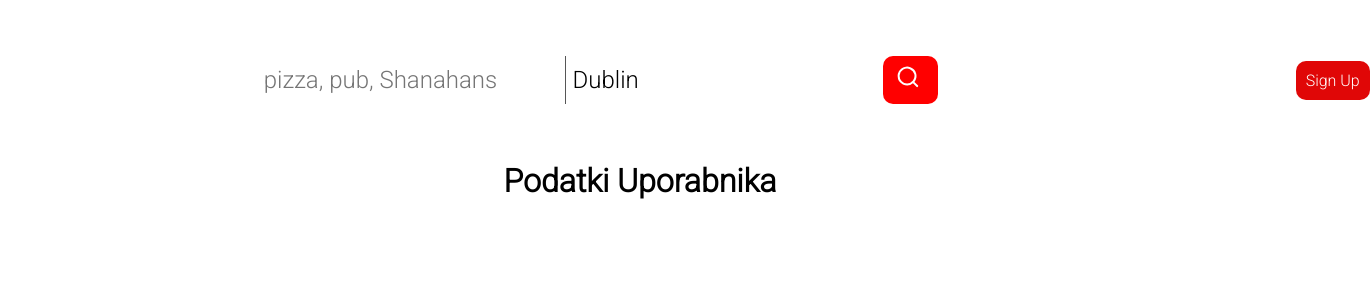
Repository: DomenJ2003/project1
Page: /user
These files come from the project's save history. The page is drawn as it stood at one moment and after the next save; the edit follows.
The browser window is 1280 px wide. The page is 1370 px wide, then 1280 px, then 1370 px, so the pictures cover 1370 px, including what lies to the right of the window. The pictures show the whole page.
The page's requests for data from a server got no answer. Some web libraries are served in a nearby version. The project was rebuilt for these pictures with package versions that can differ from the ones it lists, and the page was loaded fresh each time. No one was signed in, and anything a server would have sent is missing. Also part of the build but not shown: vite.config.js, src/Components/Sections/HeroSection.css, src/Components/Sections/HeroSection.jsx, src/Components/General/Card.css, src/Components/General/Card.jsx, src/Components/Sections/HomePageContent.css, src/Components/Sections/HomePageContent.jsx, src/Components/Pages/HomePage.jsx and 2 more.

Above is the page before, as saved 2022-08-20 21:25:36.

### index.html
<!DOCTYPE html>
<html lang="en">
  <head>
    <meta charset="UTF-8" />
    <link rel="icon" type="image/svg+xml" href="/vite.svg" />
    <meta name="viewport" content="width=device-width, initial-scale=1.0" />
    <title>Poletna Šola</title>
    <script src="https://kit.fontawesome.com/76f3e76781.js" crossorigin="anonymous"></script>
  </head>
  <body>
    <div id="root"></div>
    <script type="module" src="/src/main.jsx"></script>
  </body>
</html>

### src/main.jsx
import React from 'react'
import ReactDOM from 'react-dom/client'
import HomePage from './Components/Pages/HomePage'
import App from './App'
import './index.css'

ReactDOM.createRoot(document.getElementById('root')).render(
  <>
    <App/>
    {/* <HomePage /> */}
  </>
)

### src/App.jsx
import { useState } from 'react'
import './App.css'
import Navbar  from './Components/Sections/Navbar'
import {
  BrowserRouter,
  Routes,
  Route,
} from "react-router-dom";
import HomePage from './Components/Pages/HomePage';
import HelpPage from './Components/Pages/HelpPage';
import UserPage from './Components/Pages/UserPage';

function App() {

  return(
    <>
    <BrowserRouter>
    <Navbar/>
    <Routes>
      <Route path="/" element={<HomePage />} />
      <Route path="/help" element={<HelpPage/>} />
      <Route path="/user" element={<UserPage/>} />
    </Routes>
  </BrowserRouter>
    </>
  )

}

export default App

### src/Components/Sections/Navbar.jsx
import { useState } from 'react'
import './navbar.css'
import Button from '../General/Button'
import Dropdown from '../General/Dropodown'
import Searchbar from '../General/Serchbar';


function Navbar() {

  return (

    <div className="navbar">
        <div className="logo">
            <img src="./logo.svg" alt="" />
        </div>
        <div className="findbarlinks">
            <Searchbar />
            <div className="links">
                <Dropdown name="Restaurants" links={['Delivery', 'Reservations', 'Burgers', 'Japanese', 'Chinese', 'Mexican', 'Italian', 'Thai']} />
                <Dropdown name="Home Services" links={['Contractors', 'Landscaping', 'Electricians', 'Locksmiths', 'Home Cleaners', 'Movers', 'HVAC', 'Plumbers']} />
                <Dropdown name="Auto Services" links={['Auto Repair', 'Car Dealers', 'Auto Detailing', 'Oil Change', 'Body Shops', 'Parking', 'Car Wash', 'Towing']} />
                <Dropdown name="More" links={['Dry Cleaning', 'Hair Salons', 'Phone Repair', 'Gyms', 'Bars', 'Massage', 'Nightlife', 'Shopping']} />
            </div>
        </div>
        <div className="buttons">
            <Button text="For Businesses" classtype="btn"/>
            <Button text="Write a Review" classtype="btn"/>
            <Button text="Log In" classtype="LogInBtn"/>
            <Button text="Sign Up" classtype="SignUpBtn"/>
        </div>

    </div>

  );
}

export default Navbar

### src/helper/api.js
import axios from "axios";

const API_URL = 'https://random-data-api.com/api'

async function getUsers (){
    const res = await axios.get(`${API_URL}/users/random_user?size=50`);
    return res.data;
}

async function getUser (){
    const res = await axios.get(`${API_URL}/users/random_user`);
    return res.data;
}

export {getUsers, getUser};

### src/Components/Pages/UserPage.jsx
import { useState, useEffect } from "react";
import "./UserPage.css";
import { getUser } from "../../helper/api";
import Card from "../General/Card";
import { useLocation } from "react-router-dom";

function UserPage(props) {
  //const [user, setUser] = useState({});
  const { state } = useLocation();
  const [cardData, setCardData] = useState({});

  const getData = async () => {
    const data = await getUser();
    setCardData(data);
  };

  useEffect(() => {
    try {
      setCardData({
        image: cardData.image,
        header: `${state.user.first_name} ${state.user.last_name}`,
        date: new Date(state.user.date_of_birth),
      });
    } catch (e) {
      getData();
    }
  }, []);

  return (
    <>
      <h1>Podatki Uporabnika</h1>
      {/*
         <Card
           key={1}
           image={cardData.image}
           header={`${state.user.first_name} ${state.user.last_name}`}
           date={new Date(state.user.date_of_birth)}
           onClickFunction={() => {}}
         />
       */}
    </>
  );
}

export default UserPage;

### src/Components/Sections/navbar.css
.navbar{
    /* position: fixed; */
    width: 100%;
    height: 130px;
    padding: 24px 40px 0;
    display: flex;
    flex-direction: row;
    justify-content: space-between;

}

.findbarlinks{
    margin-left: 5%;
    width: 60%;
    margin-bottom: 10px;

}

.links{
    height: 58px;
    display: flex;
    flex-direction: row;
    align-items: center;
    justify-content: start;
}

.arrow{
    padding-top: 3px;
}

span{
    white-space: nowrap;
}

.buttons{
    height: 48px;
    width: 30%;
    display: flex;
    flex-direction: row;
    align-items: center;
    justify-content: start;
}



/* .hero-nav-section{
    height: 70vh;
    background: linear-gradient(90deg, rgba(0, 0, 0, 0.4) 0%, rgba(0, 0, 0, 0.1) 55%), url('../../../public/background.jpg');
    background-position: center;
    background-size: cover;
} */

### src/Components/General/Button.jsx
import { useState } from 'react'
import './Button.css'

function Button(props) {


  return (
    <button className={props.classtype}>
        {props.text}
    </button>
  )
}

export default Button

### src/Components/General/Dropodown.jsx
import { useState } from 'react'
import './dropdown.css'

function Dropdown(props) {

    var links = []

    for(const link in props.links){

        links.push(<a className='dropdown-link' href="#" key={link}>{props.links[link]}</a>)
    }


  return (
    <div className="dropdown">
                <div className="link">
                    <span>
                        {props.name}
                    </span>
                    <span>
                        <svg width={24} height={24} className="arrow">
                            <path d="M12 15.25a1 1 0 01-.7-.29l-4.58-4.5A1.011 1.011 0 018.12 9L12 12.85 15.88 9a1 1 0 111.4 1.42L12.7 15a1 1 0 01-.7.25z"></path>
                        </svg>
                    </span>
                </div>
                <div className="dropdown-content">
                    {links}
                </div>
        </div>
  )
}

export default Dropdown

### src/Components/General/Serchbar.jsx
import { useState } from 'react'
import './Searchbar.css'

function Searchbar(props) {



  return (
    <form>
                <div className="findbar">
                    <div className="search">
                        <input type="text" className='input-text'  placeholder='pizza, pub, Shanahans' />
                    </div>
                    <div className="line">
                        </div>
                    <div className="city">

                    <input type="text" className='input-city' defaultValue='Dublin' />
                    </div>
                    <button className="find">
                    <svg width={30} height={30} className="search-icon">
                            <path d="M21.853 20.355l-3.444-3.443a9.428 9.428 0 10-16.761-6.171 9.428 9.428 0 0015.348 7.586l3.443 3.442a1 1 0 101.414-1.414zM5.82 16.245a7.429 7.429 0 115.253 2.175 7.38 7.38 0 01-5.253-2.176z"></path>
                        </svg>
                    </button>

                </div>
            </form>
  )
}

export default Searchbar

### src/Components/General/Button.css
.btn{
    background-color: transparent;
    border: none;
    color: white;
    padding: 15px 32px;
    text-align: center;
    text-decoration: none;
    display: inline-block;
    font-size: 16px;
    padding: 5px;
    white-space: nowrap;
    margin-right: 20px;
}

.btn:hover{
    border-radius: 10px;
    background-color: rgba(255, 255, 255, 0.5);
}

.SignUpBtn{
    background-color: rgba(224,7,7,1);;
    border: none;
    color: white;
    padding: 15px 32px;
    text-align: center;
    text-decoration: none;
    display: inline-block;
    font-size: 16px;
    padding: 10px;
    white-space: nowrap;
    border-radius: 10px;
    margin-right: 20px;
}

.SignUpBtn:hover{

    background-color: rgb(244,13,21);
}

.LogInBtn{
    background-color: transparent;
    border: 2px solid white;
    color: white;
    padding: 15px 32px;
    text-align: center;
    text-decoration: none;
    display: inline-block;
    font-size: 16px;
    padding: 10px;
    border-radius: 5px;
    white-space: nowrap;
    margin-right: 20px;
}

.LogInBtn:hover{
    background-color: rgba(255, 255, 255, 0.5);
}

### src/Components/General/dropdown.css

.link{
    height: 20px;
    color: #fff;
    fill: #fff;
    margin-left: 20px;
    padding: 0 30px;
    padding-bottom: 20px;
    display: flex;
    flex-direction: row;
    align-items: center;
    cursor: pointer;
    border-bottom: 2px solid transparent;
}

.link:hover{
    border-bottom: 2px solid red;
}

/* drop down */

.dropdown {
    position: relative;
    display: inline-block;
  }

  /* Dropdown Content (Hidden by Default) */
  .dropdown-content {
    display: none;
    position: absolute;
    background-color: #f9f9f9;
    min-width: 160px;
    box-shadow: 0px 8px 16px 0px rgba(0,0,0,0.2);
    z-index: 1;
    margin-left: 20px;
    border-top-right-radius: 15px;
    border-bottom-right-radius: 15px;
    border-bottom-left-radius: 15px;
    padding: 10px;

  }

  .dropdown-content a:nth-child(2){
    border-top-right-radius: 15px;

  }

  .dropdown-content a:last-child{
    border-bottom-right-radius: 15px;

  }

  .dropdown-content a:nth-last-child(2){
    border-bottom-left-radius: 15px;

  }



  /* Links inside the dropdown */
  .dropdown-content a {
    color: black;
    padding: 12px 16px;
    text-decoration: none;
    display: block;
    white-space: nowrap;
  }



  .dropdown-content a:hover {
    background-color: rgba(0,0,0,0.2);
    border-radius: 15px;
  }

  .dropdown:hover .dropdown-content {
    display: grid;
    grid-template-columns: 1fr 1fr;
    gap: 5px;
  }

  .dropdown:hover .dropbtn {
    background-color: #3e8e41;
  }

### src/Components/General/Searchbar.css
.input-text{
    height: 100%;
    width: 100%;
    font-size: 24px;
    padding: 5px;
    border-top-left-radius: 5px;
    border-bottom-left-radius: 5px;
    border: 2px solid #fff;
}

.input-city{
    height: 100%;
    width: 100%;
    font-size: 24px;
    padding: 5px;
    border-top-right-radius: 5px;
    border-bottom-right-radius: 5px;
    border: 2px solid #fff;
}

input:focus{
    outline: none;
}

.find:focus{
    outline: none;
}

.line{
    width: 1px;
    background-color:#565656;
}

.search-icon{
    color: #fff;
    fill: #fff;
}
.findbar{

    height: 48px;
    display: flex;
    flex-direction: row;
}


.find{
    background-color: red;
    width: 56px;
    height: 48px;
    color: #fff;
    display: flex;
    align-items: center;
    justify-content: center;
    border-radius: 10px;
    margin-left: 10px;
    border: none;
}

.search{
    width: calc(50% - 28px);
    height: 48px;

}

.city{
    width: calc(50% - 28px);
    height: 48px;

}

Loaded but not shown: src/index.css (common file); src/App.css (common file); src/Components/Pages/HomePage.css (no stored copy; drawn as an empty file)

After the next save:
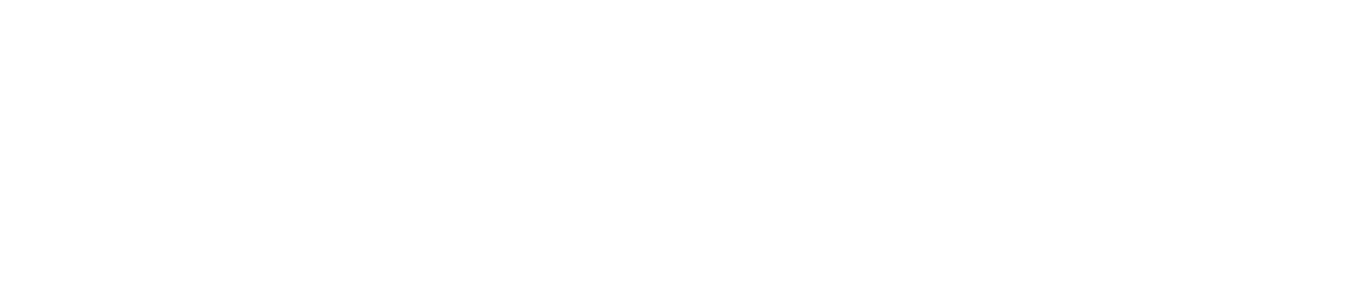
Console error: TypeError: Cannot read properties of null (reading 'user')
Saved 10 s later.
--- a/src/Components/Pages/UserPage.jsx
+++ b/src/Components/Pages/UserPage.jsx
@@ -29,15 +29,14 @@
   return (
     <>
       <h1>Podatki Uporabnika</h1>
-      {/*
-         <Card
-           key={1}
-           image={cardData.image}
-           header={`${state.user.first_name} ${state.user.last_name}`}
-           date={new Date(state.user.date_of_birth)}
-           onClickFunction={() => {}}
-         />
-       */}
+
+      <Card
+        key={1}
+        image={cardData.image}
+        header={`${state.user.first_name} ${state.user.last_name}`}
+        date={new Date(state.user.date_of_birth)}
+        onClickFunction={() => {}}
+      />
     </>
   );
 }

After the 2 saves that followed:
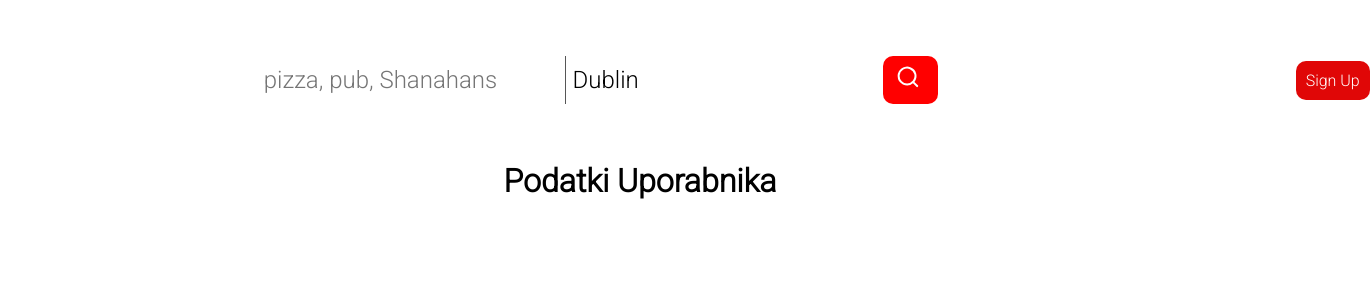
The error is gone.
The 2 saves are shown as one change because 1 left the picture as it was.
The last was saved 51 s later.
--- a/src/Components/Pages/UserPage.jsx
+++ b/src/Components/Pages/UserPage.jsx
@@ -11,7 +11,8 @@
 
   const getData = async () => {
     const data = await getUser();
-    setCardData(data);
+    console.log(data);
+    //setCardData(data);
   };
 
   useEffect(() => {
@@ -30,13 +31,13 @@
     <>
       <h1>Podatki Uporabnika</h1>
 
-      <Card
+      {/* <Card
         key={1}
         image={cardData.image}
         header={`${state.user.first_name} ${state.user.last_name}`}
         date={new Date(state.user.date_of_birth)}
         onClickFunction={() => {}}
-      />
+      /> */}
     </>
   );
 }
